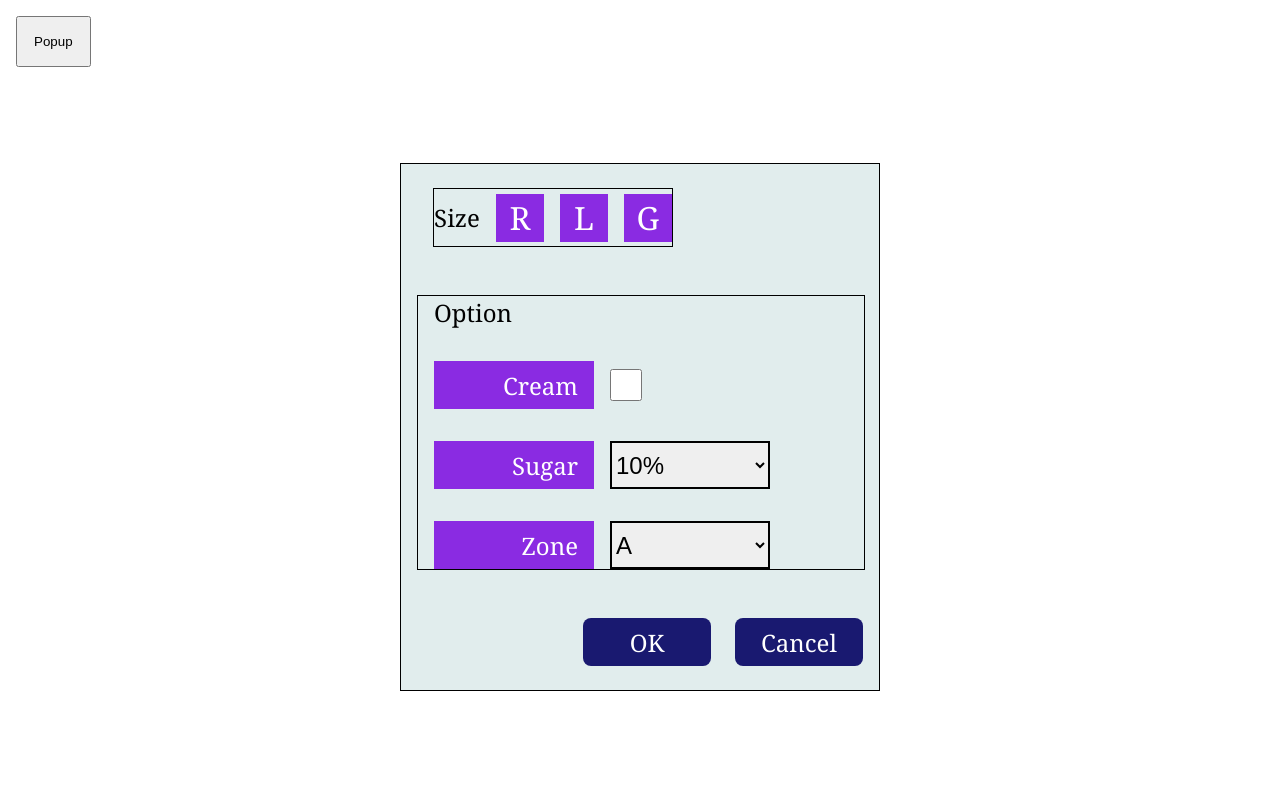
Repository: Dapravith/Midterm-SE-GIC-Cafe-Project-Group16
Page: src/main/resources/templates/PopupDrink.html
An editor plug-in stored every save of this project. The page is shown before and after the next save, followed by the edit.
The browser window is 1280 px wide. The pictures show the whole page.
Some web fonts or font styles are not loaded; a fallback is used.

Above is the page before, as saved 2023-05-12 14:55:54.

### src/main/resources/templates/PopupDrink.html
<!DOCTYPE html>
<html lang="en">
  <head>
    <meta charset="UTF-8" />
    <meta http-equiv="X-UA-Compatible" content="IE=edge" />
    <meta name="viewport" content="width=device-width, initial-scale=1.0" />
    <title>Popup Drink</title>
    <style>
      @import url("https://fonts.googleapis.com/css2?family=Georgia:wght@300&display=swap");
      * {
        margin: 0;
        padding: 0;
        box-sizing: border-box;
      }

      body {
        font-family: "Georgia", sans-serif;
      }

      button {
        padding: 1rem;
        margin: 1rem 0 0 1rem;
      }

      .main_wrapper {
        height: 100vh;
        display: flex;
        justify-content: center;
        align-items: center;
      }
      .main_wrapper .wrapper_box {
        width: 30rem;
        height: 33rem;
        border: 1px solid black;
        display: flex;
        justify-content: flex-start;
        flex-direction: column;
        background-color: rgb(225, 237, 237);
      }
      .main_wrapper .wrapper_box .size_box {
        width: 15rem;
        height: 8rem;
        margin-top: 1.5rem;
        display: flex;
        justify-content: center;
        align-items: center;
        gap: 1rem;
        border: 1px solid black;
        margin-left: 2rem;
      }
      .main_wrapper .wrapper_box .size_box .size_text {
        font-size: 1.5rem;
      }
      .main_wrapper .wrapper_box .size_box .box {
        width: 3rem;
        height: 3rem;
        background-color: blueviolet;
        display: flex;
        justify-content: center;
        align-items: center;
        font-size: 2rem;
        color: white;
      }
      .main_wrapper .wrapper_box .size_box .box:hover {
        background-color: orange;
      }
      .main_wrapper .wrapper_box .option_box {
        width: 28rem;
        font-size: 1.5rem;
        border: 1px solid black;
        margin-left: 1rem;
        margin-top: 3rem;
        display: flex;
        justify-content: center;
        flex-direction: column;
      }
      .main_wrapper .wrapper_box .option_box .option_text {
        font-size: 1.5rem;
        margin-left: 1rem;
      }
      .main_wrapper .wrapper_box .option_box .box_ {
        width: 10rem;
        height: 3rem;
        background-color: blueviolet;
        color: white;
        display: flex;
        justify-content: flex-end;
        align-items: center;
      }
      .main_wrapper .wrapper_box .option_box .box_ span {
        margin-right: 1rem;
      }
      .main_wrapper .wrapper_box .option_box .row1 {
        margin-left: 1rem;
        display: flex;
        gap: 1rem;
        margin-top: 2rem;
        align-items: center;
      }
      .main_wrapper .wrapper_box .option_box .row1 input {
        width: 2rem;
        height: 3rem;
        border: 2px solid black;
        display: flex;
        align-items: center;
      }
      .main_wrapper .wrapper_box .option_box .row2 {
        display: flex;
        gap: 1rem;
        margin-top: 2rem;
        align-items: center;
        margin-left: 1rem;
      }
      .main_wrapper .wrapper_box .option_box .row2 select {
        width: 10rem;
        height: 3rem;
        border: 2px solid black;
        display: flex;
        justify-content: center;
        align-items: center;
        font-size: 1.5rem;
      }
      .main_wrapper .wrapper_box .option_box .row3 {
        display: flex;
        gap: 1rem;
        margin-top: 2rem;
        align-items: center;
        margin-left: 1rem;
      }
      .main_wrapper .wrapper_box .option_box .row3 select {
        width: 10rem;
        height: 3rem;
        border: 2px solid black;
        display: flex;
        justify-content: center;
        align-items: center;
        font-size: 1.5rem;
      }
      .main_wrapper .wrapper_box .button {
        display: flex;
        justify-content: flex-end;
        gap: 1.5rem;
        margin-top: 3rem;
        margin-right: 1rem;
        margin-bottom: 1.5rem;
      }
      .main_wrapper .wrapper_box .button .ok_button {
        width: 8rem;
        height: 3rem;
        font-size: 1.5rem;
        color: white;
        background-color: rgb(25, 25, 112);
        display: flex;
        justify-content: center;
        align-items: center;
        border-radius: 8px;
        transition: 1s;
      }
      .main_wrapper .wrapper_box .button .ok_button:hover {
        transform: scale(1.1);
        color: yellow;
      }
      .main_wrapper .wrapper_box .button .cancel_button {
        width: 8rem;
        height: 3rem;
        font-size: 1.5rem;
        color: white;
        background-color: rgb(25, 25, 112);
        display: flex;
        justify-content: center;
        align-items: center;
        border-radius: 8px;
        transition: 1s;
      }
      .main_wrapper .wrapper_box .button .cancel_button:hover {
        transform: scale(1.1);
        color: yellow;
      }
    </style>
  </head>
  <body>
    <button>Popup</button>
    <div class="main_wrapper">
      <div class="wrapper_box">
        <div class="size_box">
          <div class="size_text">
            <span>Size</span>
          </div>
          <div class="box R">
            <span>R</span>
          </div>
          <div class="box L">
            <span>L</span>
          </div>
          <div class="box G">
            <span>G</span>
          </div>
        </div>
        <div class="option_box">
          <div class="option_text">
            <span>Option</span>
          </div>
          <div class="row1">
            <div class="box_ cream">
              <span>Cream</span>
            </div>
            <div class="box_tick">
              <input type="checkbox" />
            </div>
          </div>
          <div class="row2">
            <div class="box_ sugar">
              <span>Sugar</span>
            </div>
            <select name="sugar" id="">
              <option value="">10%</option>
              <option value="">20%</option>
              <option value="">30%</option>
              <option value="">40%</option>
              <option value="">50%</option>
              <option value="">60%</option>
              <option value="">70%</option>
              <option value="">80%</option>
              <option value="">90%</option>
              <option value="">100%</option>
            </select>
          </div>
          <div class="row3">
            <div class="box_ zone">
              <span>Zone</span>
            </div>
            <select name="Zone" id="">
              <option value="">A</option>
              <option value="">B</option>
              <option value="">C</option>
              <option value="">D</option>
              <option value="">E</option>
              <option value="">F</option>
            </select>
          </div>
        </div>
        <div class="button">
          <div class="ok_button">
            <span>OK</span>
          </div>
          <div class="cancel_button">
            <span>Cancel</span>
          </div>
        </div>
      </div>
    </div>
  </body>
</html>

After the next save:
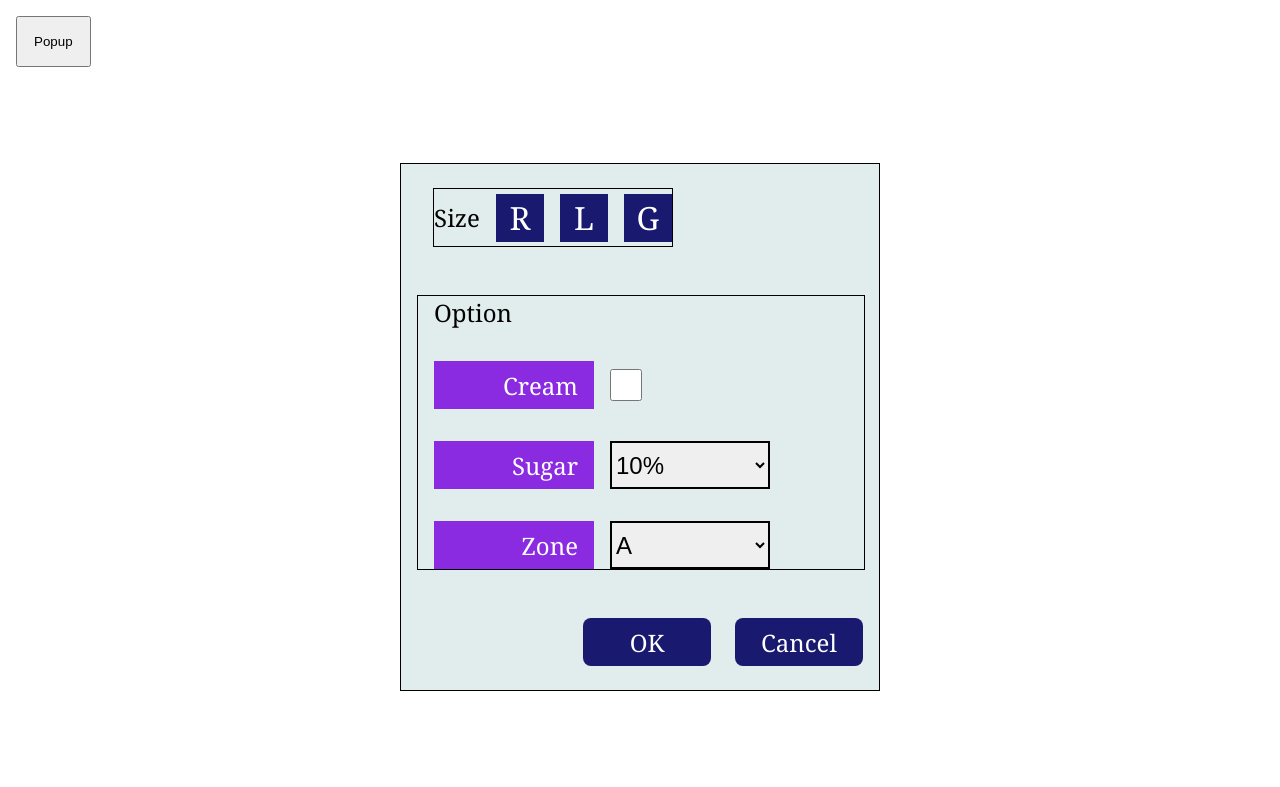
Saved 35 s later.
--- a/src/main/resources/templates/PopupDrink.html
+++ b/src/main/resources/templates/PopupDrink.html
@@ -54,7 +54,7 @@
       .main_wrapper .wrapper_box .size_box .box {
         width: 3rem;
         height: 3rem;
-        background-color: blueviolet;
+        background-color: rgb(25, 25, 112);
         display: flex;
         justify-content: center;
         align-items: center;
